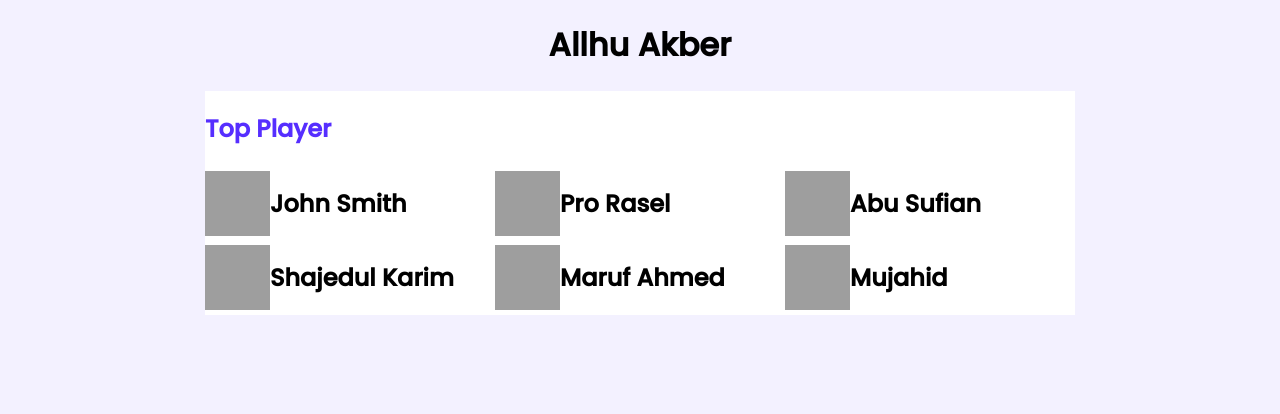
Repository: zjria/leader-board
Page: index.html
These files come from the project's save history. The page is drawn as it stood at one moment and after the next save; the edit follows.
The browser window is 1280 px wide. The pictures show the whole page.
Pictures or frames that could not be fetched are drawn as grey boxes.

Above is the page before, as saved 2022-09-03 09:25:05.

### index.html
<!DOCTYPE html>
<html lang="en">

<head>
    <meta charset="UTF-8">
    <meta http-equiv="X-UA-Compatible" content="IE=edge">
    <meta name="viewport" content="width=device-width, initial-scale=1.0">
    <title>leader-board</title>
    <!-- Custom CSS -->
    <link rel="stylesheet" href="/style/style.css">
</head>

<body>
    <h1>Allhu Akber</h1>
    <!-- Header Section -->
    <header>

    </header>
    <!-- Main Section -->
    <main>
        <section class="container">
            <div class="top-players">
                <h2 class="section-title">Top Player</h2>
                <div class="players">
                    <div class="player">
                        <img src="images/players/player-1.png" alt="">
                        <h2>John Smith</h2>
                    </div>
                    <div class="player">
                        <img src="images/players/player-2.png" alt="">
                        <h2>Pro Rasel</h2>
                    </div>
                    <div class="player">
                        <img src="images/players/player-3.png" alt="">
                        <h2>Abu Sufian</h2>
                    </div>
                    <div class="player">
                        <img src="images/players/player-4.png" alt="">
                        <h2>Shajedul Karim</h2>
                    </div>
                    <div class="player">
                        <img src="images/players/player-5.png" alt="">
                        <h2>Maruf Ahmed</h2>
                    </div>
                    <div class="player">
                        <img src="images/players/player-6.png" alt="">
                        <h2>Mujahid</h2>
                    </div>
                </div>
            </div>
        </section>
    </main>
</body>

</html>

### style/style.css
/* Google Fonts */
@import url('https://fonts.googleapis.com/css2?family=Poppins:wght@500&family=Roboto:wght@100;300;400;500;700;900&display=swap');

h1 {
    display: flex;
    justify-content: center;
}

/* Commant CSS Utilitis */
body {
    border: 0px;
    margin: 0px;
    font-family: 'Poppins', sans-serif;
    /* font-family: 'Roboto', sans-serif; */
    background-color: #F3F1FF;
}

/* Top Players Section */
main {
    display: flex;
    justify-content: center;
}

.section-title {
    color: #562EFF;
    font-size: 24px;
}

.container {
    background-color: #FFFFFF;
    width: 870px;
}

.players {
    display: grid;
    grid-template-columns: repeat(3, 1fr);
}

.player {
    display: flex;
    align-items: center;
}

.player img {
    width: 65px;
    height: 65px;
}

After the next save:
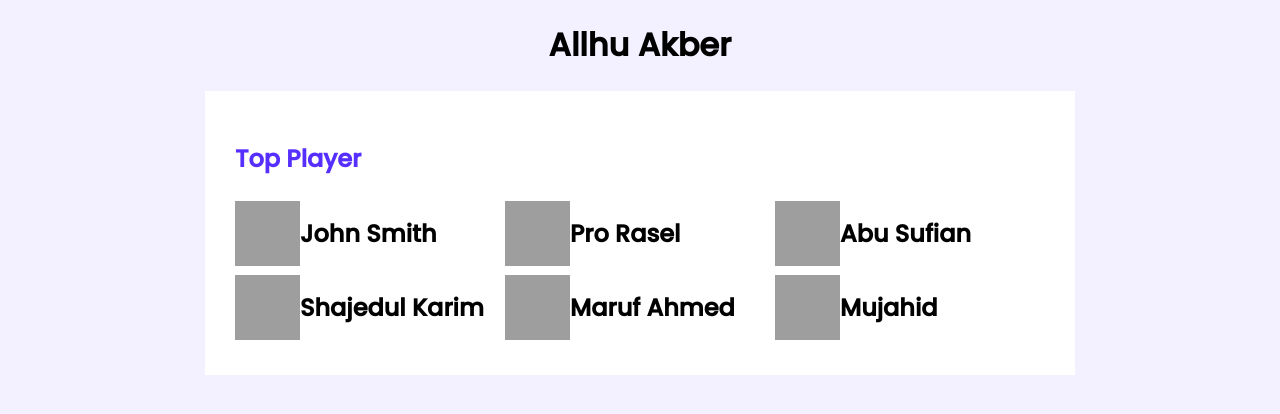
Saved 9 min 57 s later.
--- a/style/style.css
+++ b/style/style.css
@@ -31,6 +31,10 @@ main {
     width: 870px;
 }
 
+.top-players {
+    padding: 30px;
+}
+
 .players {
     display: grid;
     grid-template-columns: repeat(3, 1fr);
